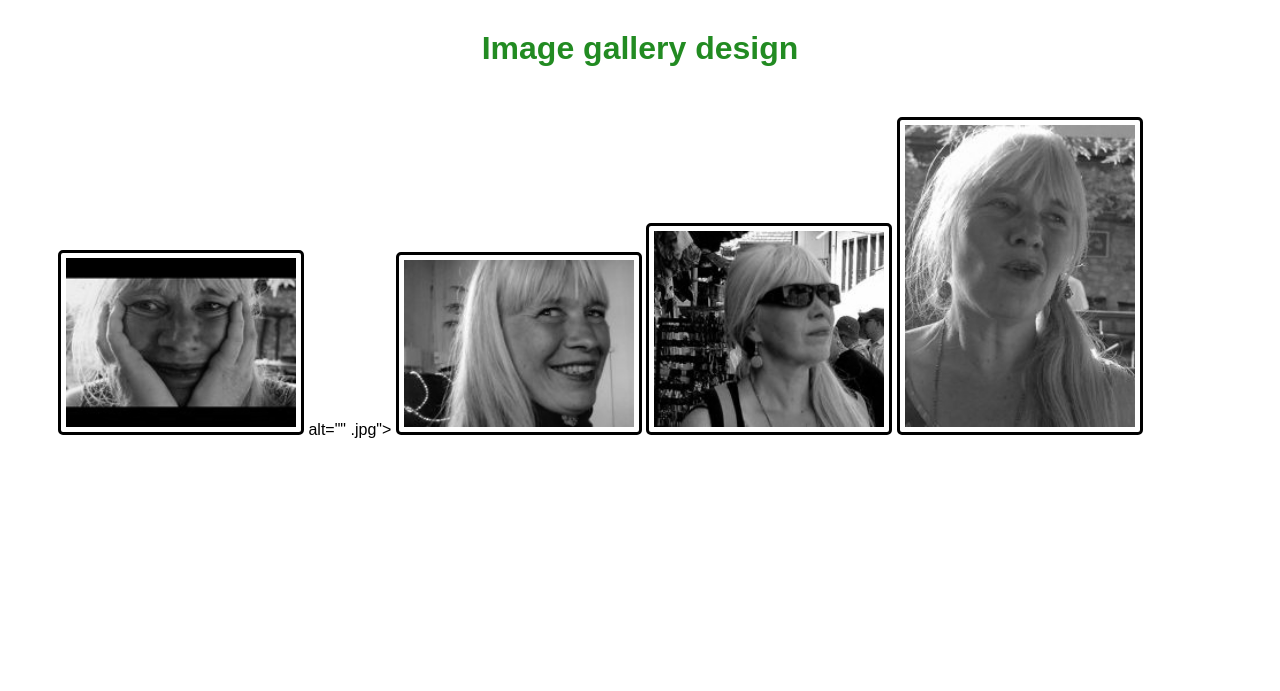
Repository: hindrik40/bildspel-lightbox
Page: index.html
The author's editor kept a copy of each file at every save. The page is drawn from the files as they stood at one save, then again after the next save.
The browser window is 1280 px wide. The pictures show the whole page.

Above is the page before, as saved 2021-08-08 17:25:40.

### index.html
<!DOCTYPE html>
<html lang="en">

<head>
    <meta charset="UTF-8">
    <meta http-equiv="X-UA-Compatible" content="IE=edge">
    <meta name="viewport" content="width=device-width, initial-scale=1.0">
    <link rel="stylesheet" href="css/style.css">
    <link rel="stylesheet" href="css/lightbox.min.css">
    <script src="js/lightbox-plus-jquery.min.js"></script>
    <title>slide lightbox</title>
</head>

<body>
    <h1>Image gallery design</h1>
    <div class="gallery">
        <a href="images/b8.jpg" data-lightbox="mygallery"><img src="images/b8t.jpg"></a> alt="" .jpg"></a>
        <a href="images/b5.jpg" data-lightbox="mygallery"><img src="images/b5t.jpg"></a>
        <a href="images/b6.jpg" data-lightbox="mygallery"><img src="images/b6t.jpg"></a>
        <a href="images/b9.jpg" data-lightbox="mygallery"><img src="images/b9t.jpg"></a>

    </div>

</body>

</html>

### css/style.css
body {
    font-family: sans-serif;
}

h1 {
    text-align: center;
    color: forestgreen;
    margin: 30px 0 50px;
}

.gallery {
    margin: 10px 50px;
}

.gallery img {
    width: 230px;
    padding: 5px;
    filter:grayscale(100%);
    transition: 1s;
    border-radius: 5px;;
}
.gallery img:hover {
    filter: grayscale(0%);
    transform:scale(1.1)}


img {
    border: 3px solid black;
}

Loaded but not shown: css/lightbox.min.css (common file); js/lightbox-plus-jquery.min.js (library)

After the next save:
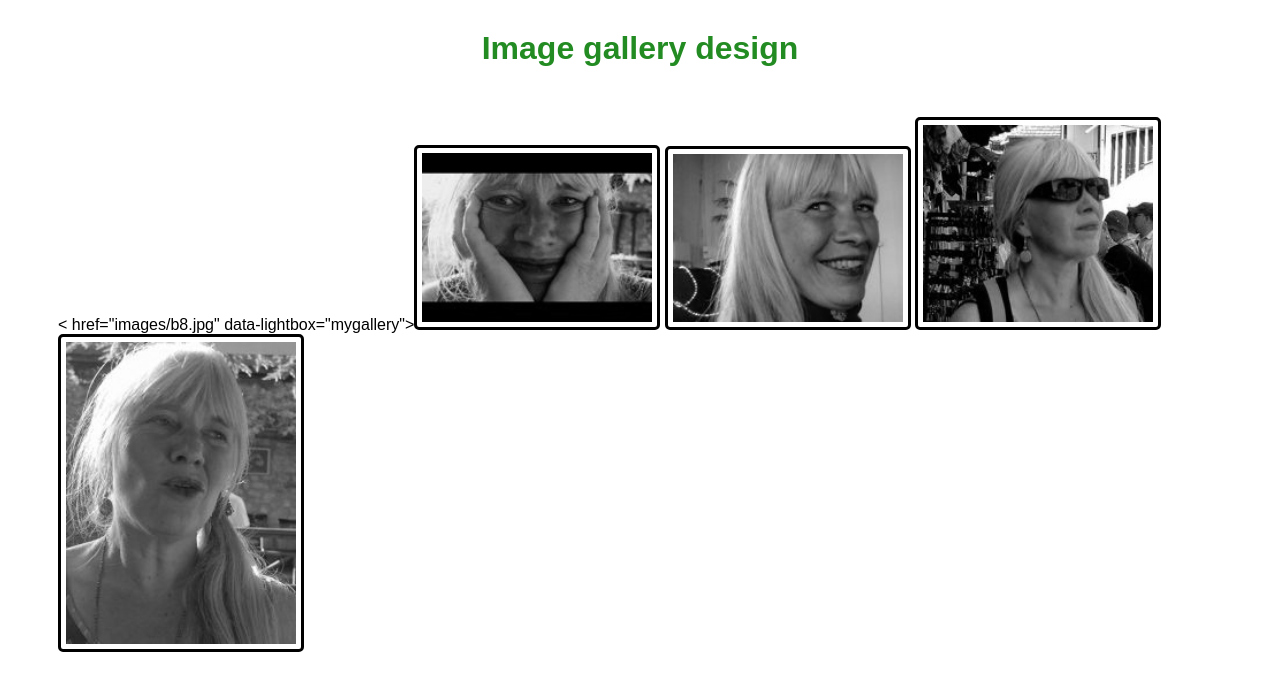
Saved 5 min 6 s later.
--- a/index.html
+++ b/index.html
@@ -14,7 +14,7 @@
 <body>
     <h1>Image gallery design</h1>
     <div class="gallery">
-        <a href="images/b8.jpg" data-lightbox="mygallery"><img src="images/b8t.jpg"></a> alt="" .jpg"></a>
+        < href="images/b8.jpg" data-lightbox="mygallery"><img src="images/b8t.jpg"></a>
         <a href="images/b5.jpg" data-lightbox="mygallery"><img src="images/b5t.jpg"></a>
         <a href="images/b6.jpg" data-lightbox="mygallery"><img src="images/b6t.jpg"></a>
         <a href="images/b9.jpg" data-lightbox="mygallery"><img src="images/b9t.jpg"></a>
